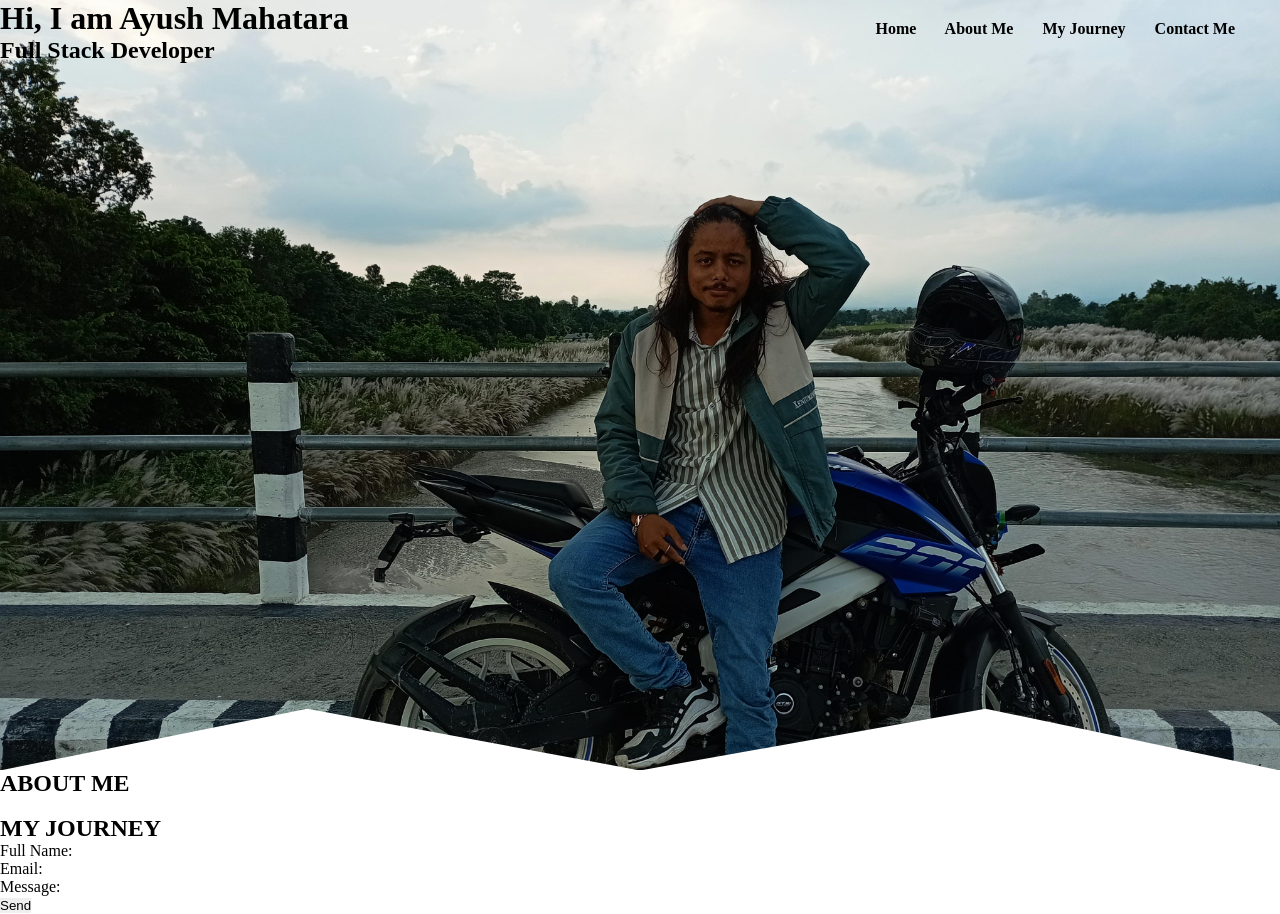
Repository: AyushMahatara/personal-website
Page: New folder/index.html
The author's editor kept a copy of each file at every save. The page is drawn from the files as they stood at one save, then again after the next save.
The browser window is 1280 px wide. The pictures show the whole page.
Backgrounds fixed to the window are drawn as part of the page.

Above is the page before, as saved 2023-07-20 16:58:45.

After the next save:
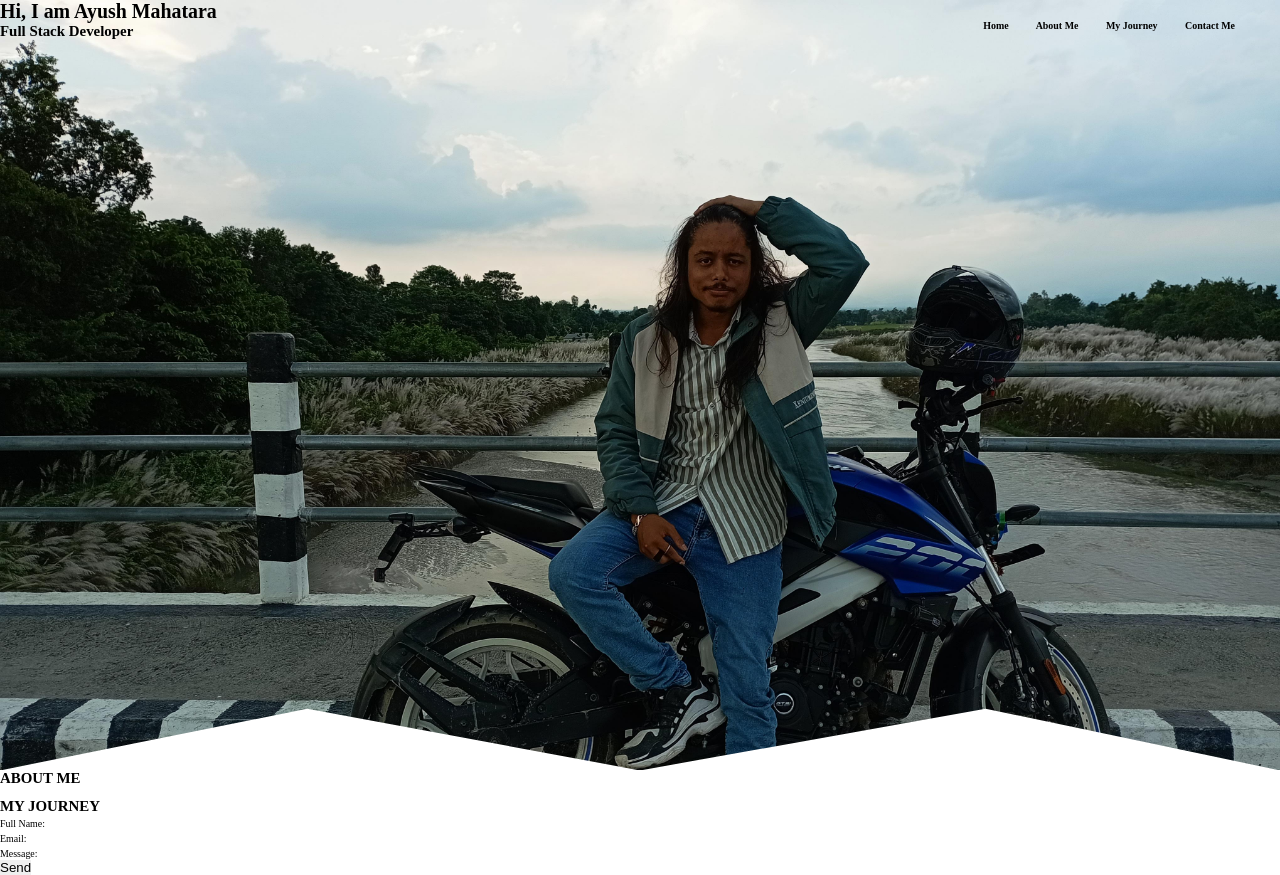
Saved 17 s later.
--- a/New folder/style.css
+++ b/New folder/style.css
@@ -14,7 +14,10 @@
   --main-color: #00abf0;
 }
 
-html header {
+html {
+  font-size: 62.2%;
+}
+header {
   background-image: url("/background.jpg");
   background-size: cover;
   background-position: top;
